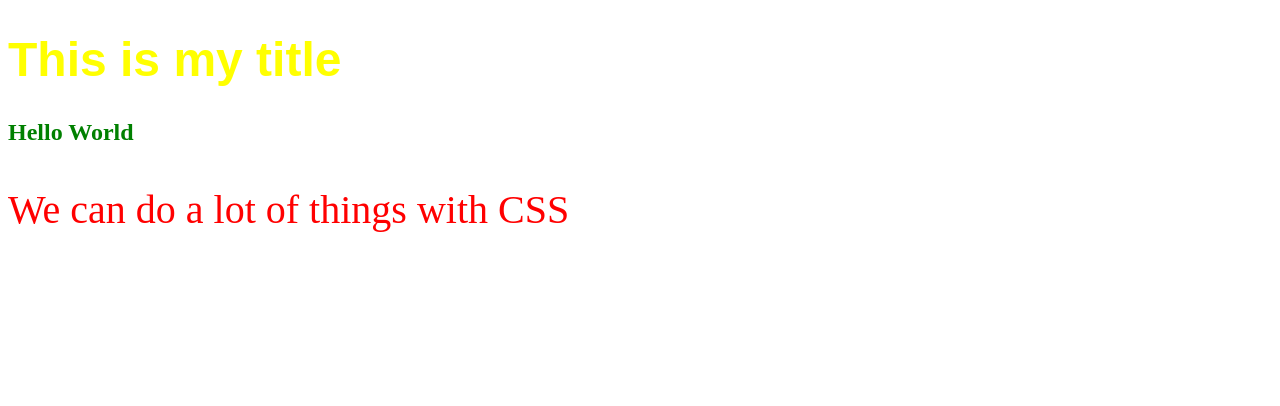
Repository: KarissaCummings1/nycod14-class-demo
Page: index.html
The author's editor kept a record of every edit. The page is drawn from the files as they stood at one moment, then again after the next edit.
The browser window is 1280 px wide. The pictures show the whole page.

Above is the page before.

### index.html
<!DOCTYPE html>
<html>
    <head>
        <title>Example Page</title>
        <link rel="stylesheet" href="Styles/stylish.css">
        <style>
            /*#paragraph {*/
            /*    font-size: 40px;*/
            /*    font-family: Comic Snas;*/
            /*    color: red;*/
            /*}*/
            /*.font-selector {*/
            /*    font-family: Arial;*/
            /*}*/
            /*h2 {*/
            /*    color: blue;*/
            /*}*/
            /*.hello-world-selector {*/
            /*    color: green;*/
            /*}*/
        </style>
    </head>
    <body>
        <!--inline styling-->
        <h1 class="font-selector" style="color:yellow; font-size:48px">This is my title</h1>
        <h2 class="hello-world-selector"> Hello World</h2>
        <p class="font-selector" id="paragraph">
            We can do a lot of things with CSS
        </p>
    </body>
</html>

### styles/stylish.css
#paragraph {
    font-size: 40px;
    font-family: Comic Snas;
    color: red;
}
    .font-selector {
    font-family: Arial;
}
h2 {
    color: blue;
}
.hello-world-selector {
    color: green;
}

.karissa {
    font-family: Courier;
    font-size: 25px;
    text-align: center;
}

After the next edit:
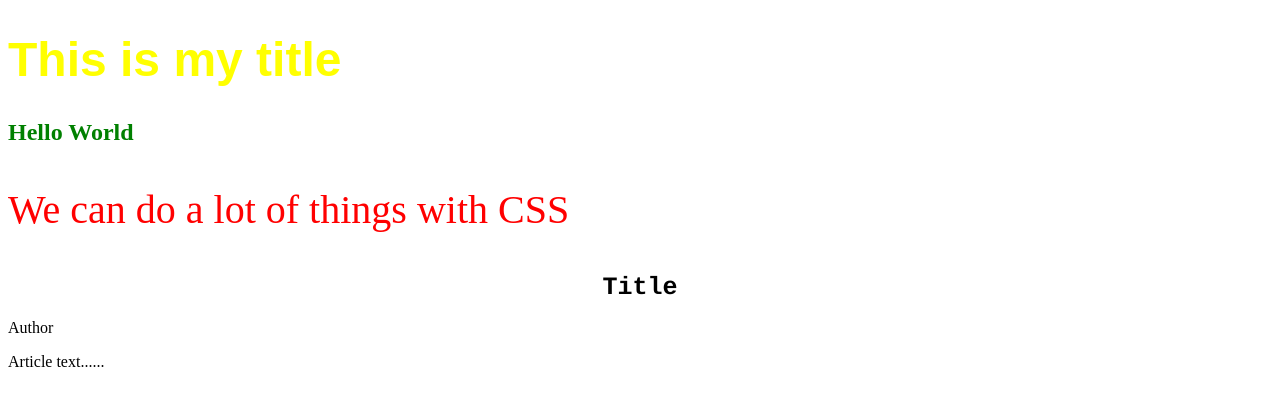
The edit:
--- a/index.html
+++ b/index.html
@@ -27,5 +27,10 @@
         <p class="font-selector" id="paragraph">
             We can do a lot of things with CSS
         </p>
+        <div>
+            <h1 class="karissa">Title</h1>
+            <p class="byline">Author</p>
+            <p>Article text......</p>
+        </div>
     </body>
 </html>
